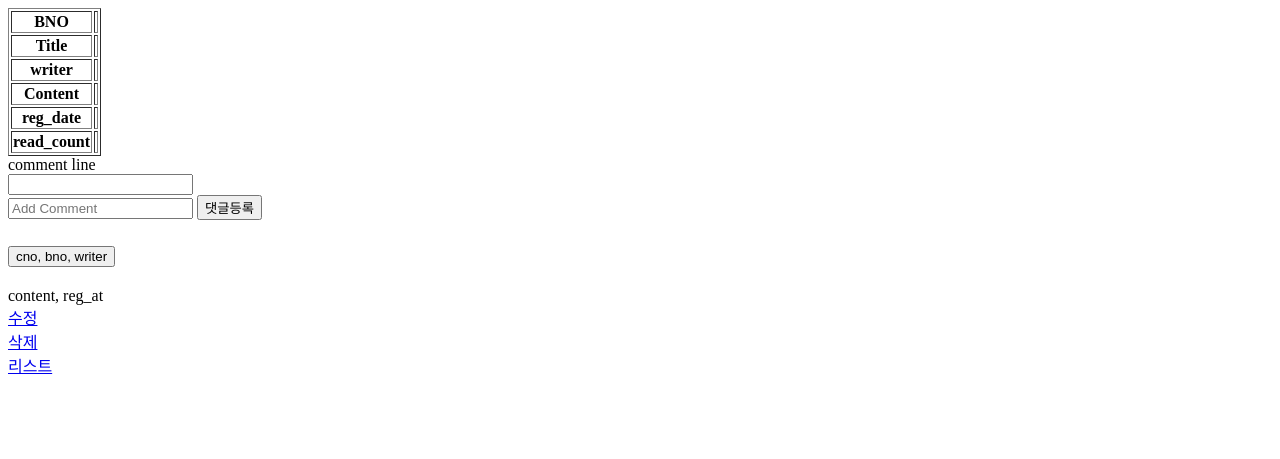
Repository: Kangji1/java2022_09_03
Page: http://localhost/project/board/detail.jsp
These files come from the project's save history. The page is drawn as it stood at one moment and after the next save; the edit follows.
The browser window is 1280 px wide. The pictures show the whole page.
The page is served by Tomcat 9. Other server files are loaded and not shown. The template is opened directly, without the code that normally fills it, so the values that code supplies are empty.

Above is the page before, as saved 2022-12-05 04:17:54.

### JSP_Member&Board/project/src/main/webapp/board/detail.jsp
<%@ page language="java" contentType="text/html; charset=UTF-8"
    pageEncoding="UTF-8"%>
<%@ taglib uri="http://java.sun.com/jsp/jstl/core" prefix="c" %>
<!DOCTYPE html>
<html>
<head>
<meta charset="UTF-8">
<title>Insert title here</title>
</head>
<body>
<table border="1">
	<tr>
		<th>BNO</th>
		<td>${bvo.bno}</td>
	</tr>
	<tr>
		<th>Title</th>
		<td>${bvo.title}</td>
	</tr>
	<tr>
		<th>writer</th>
		<td>${bvo.writer}</td>
	</tr>
	<tr>
		<th>Content</th>
		<td>${bvo.content}</td>
	</tr>
	<tr>
		<th>reg_date</th>
		<td>${bvo.reg_date}</td>
	</tr>
	<tr>
		<th>read_count</th>
		<td>${bvo.read_count}</td>
	</tr>
</table>
<div>
 	comment line <br>
		<input type="text" id="cmtWriter" value="${ses.email}" readonly="readonly"><br>
 		<input type="text" id="cmtText" placeholder="Add Comment">
 		<button type="button" id="cmtAddBtn">댓글등록</button>
</div>
<!-- 댓글 표시 영역 -->
<div class="accordion" id="accordionExample">
	<!-- 댓글 아이템 표시 영역 -->
  <div class="accordion-item">
    <h2 class="accordion-header" id="headingOne">
      <button class="accordion-button" type="button" data-bs-toggle="collapse"
      		data-bs-target="#collapseOne" aria-expanded="true" aria-controls="collapseOne">
        	cno, bno, writer
      </button>
    </h2>
    <div id="collapseOne" class="accordion-collapse collapse show" aria-labelledby="headingOne" data-bs-parent="#accordionExample">
      <div class="accordion-body">
   		content, reg_at
      </div>
    </div>
</div>
	<c:if test="${ses.email eq bvo.writer}">
<a href="/brd/modify?bno=${bvo.bno}">수정</a><br>
<a href="/brd/remove?bno=${bvo.bno}">삭제</a><br>
</c:if>
<a href="/brd/list">리스트</a><br>

<script type="text/javascript">
const bnoVal = '<c:out value="${bvo.bno}"/>';
</script>
<script src="/resources/board_detail.js"></script>
</body>
</html>

Loaded but not shown: JSP_Member&Board/project/src/main/webapp/resources/board_detail.js (no copy from this time; the picture is the same without it)

After the next save:
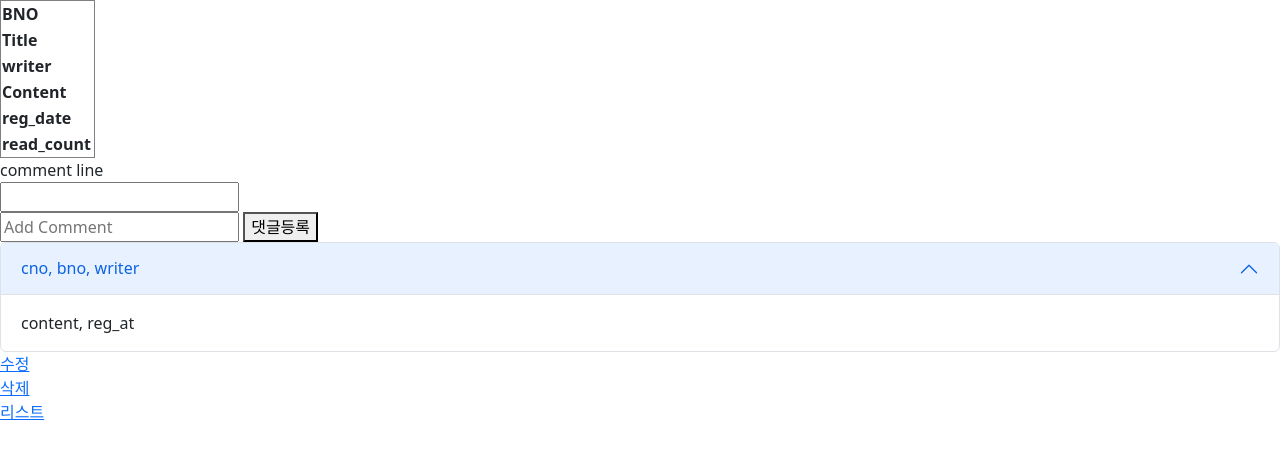
Saved 110 s later.
--- a/JSP_Member&Board/project/src/main/webapp/board/detail.jsp
+++ b/JSP_Member&Board/project/src/main/webapp/board/detail.jsp
@@ -6,6 +6,8 @@
 <head>
 <meta charset="UTF-8">
 <title>Insert title here</title>
+<!-- CSS only -->
+<link href="https://cdn.jsdelivr.net/npm/bootstrap@5.2.3/dist/css/bootstrap.min.css" rel="stylesheet" integrity="sha384-rbsA2VBKQhggwzxH7pPCaAqO46MgnOM80zW1RWuH61DGLwZJEdK2Kadq2F9CUG65" crossorigin="anonymous">
 </head>
 <body>
 <table border="1">
